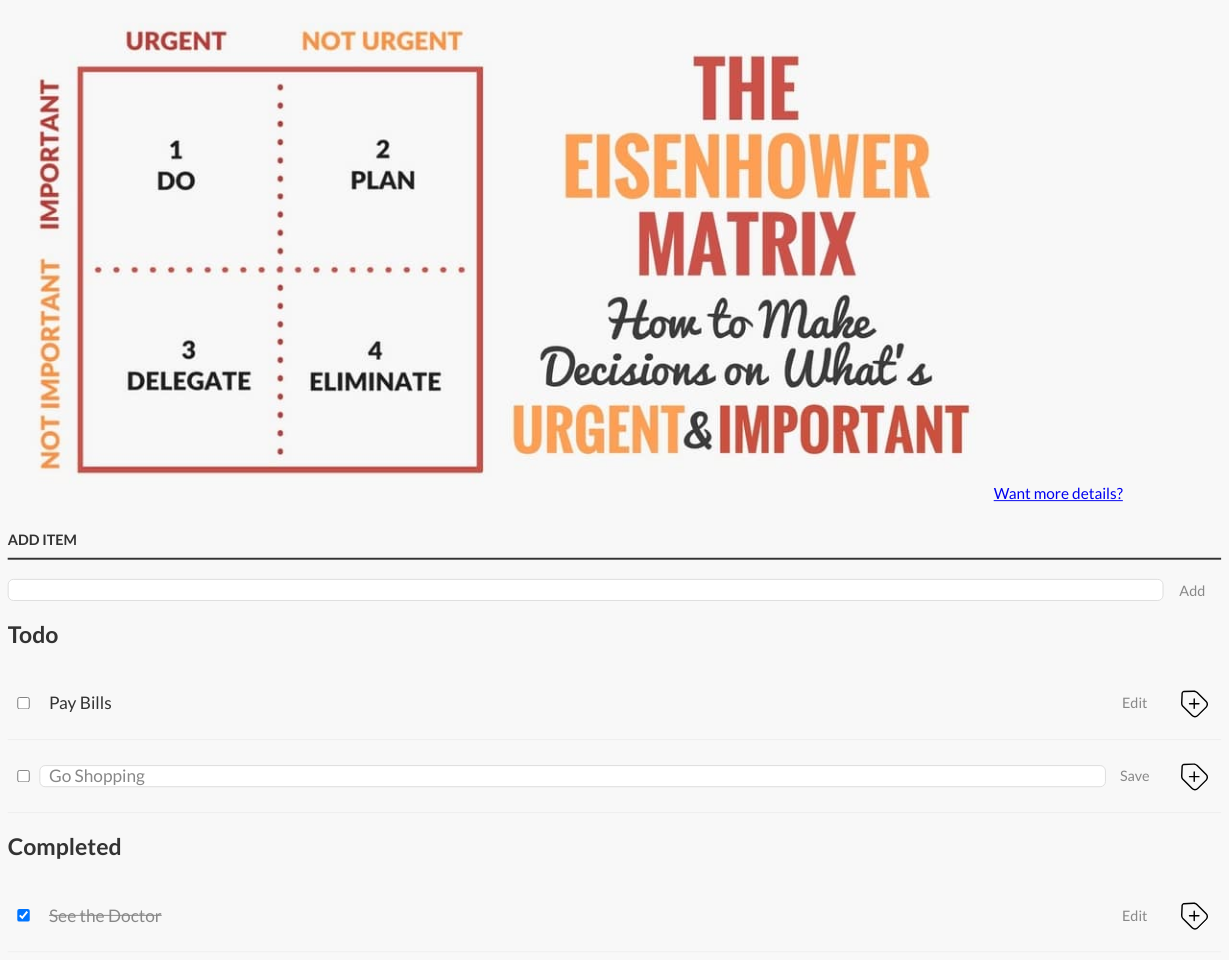
Repository: dev1siWoo/clean-code-s1e1
Page: index.html
An editor plug-in stored every save of this project. The page is shown before and after a run of saves, followed by the edit.
The browser window is 1280 px wide. The pictures show the whole page, at 96% of full size.

Above is the page before, as saved 2024-01-08 22:41:16.

### index.html
<!DOCTYPE html>
<html>
    <head>
        <title>Todo App</title>
        <link
            href="https://fonts.googleapis.com/css?family=Lato:300,400,700"
            rel="stylesheet"
        >
        <link
            rel="stylesheet"
            href="style.css"
            media="screen"
            charset="utf-8"
        >
    </head>
    <body>
        <header class="header">
            <img src="./eisenhower-matrix.jpg" alt="eisenhower-matrix">
            <a class="link" href="https://goal-life.com/page/method/matrix-eisenhower">Want more details?</a>
        </header>
        <main class="main-page">
            <section id="section-for-adding-element-to-list">
                <label for="new-task">Add Item</label>
                <div class="task-row-wrapper">
                    <input id="new-task"class="task" type="text">
                    <button>Add</button>
                </div>
            </section>
            <h2>Todo</h2>
            <ul id="incomplete-tasks">
                <li>
                    <input type="checkbox">
                    <label class="task">Pay Bills</label>
                    <input type="text" class="task">
                    <button class="edit">Edit</button>
                    <button class="delete">
                        <img src="./remove.svg" alt="delete button">
                    </button>
                </li>
                <li class="edit-mode">
                    <input type="checkbox">
                    <label class="task">Go Shopping</label>
                    <input type="text" value="Go Shopping" class="task">
                    <button class="edit">Save</button>
                    <button class="delete">
                        <img src="./remove.svg" alt="delete button">
                    </button>
                </li>
            </ul>
            <h2>Completed</h2>
            <ul id="completed-tasks">
                <li>
                    <input type="checkbox" checked>
                    <label class="task">See the Doctor</label>
                    <input type="text" class="task">
                    <button class="edit">Edit</button>
                    <button class="delete">
                        <img src="./remove.svg" alt="delete button">
                    </button>
                </li>
            </ul>
        </main>
        <script src="app.js"></script>
    </body>
</html>

### style.css
/* Basic Style */
body {
  background-color: #f8f8f8;
  color: #333;
  font-family: Lato, sans-serif;
}
.aaa {
  width: 500px;
  margin: 0 auto;
  display: block;
  text-align: right;
}
.aaa img {
  width: 100%;
}
.aaa .more-inf {
  font-family: fantasy, cursive;
}

@media (max-width: 768px) {
  .aaa {
    text-align: center;
  }
}
.centered-main-page-element {
  display: block;
  width: 500px;
  margin: 0 auto 0;
}
.task {
  width: 56%;
  display: inline-block;
  flex-grow: 1;
}
.task-row-wrapper {
  display: flex;
}
ul {
  margin: 0;
  padding: 0px;
}
li,
h3 {
  list-style: none;
}
input,
button{
  outline: none;
}
button {
  background: none;
  border: 0px;
  color: #888;
  font-size: 15px;
  width: 60px;
  font-family: Lato, sans-serif;
  cursor: pointer;
}
button:hover {
  color: #3a3a3a;
}
/* Heading */
h3,
label[for='new-task'] {
  color: #333;
  font-weight: 700;
  font-size: 15px;
  border-bottom: 2px solid #333;
  padding: 30px 0 10px;
  margin: 0;
  text-transform: uppercase;
}
input[type="text"] {
  margin: 0;
  font-size: 18px;
  line-height: 18px;
  height: 21px;
  padding: 0 9px;
  border: 1px solid #ddd;
  background: #fff;
  border-radius: 6px;
  font-family: Lato, sans-serif;
  color: #888;
}
input[type="text"]:focus {
  color: #333;
}

/* New Task */
label[for="new-task"] {
  display: block;
  margin: 0 0 20px;
}
input#new-task {
  width: 318px;
}

/* Task list */
li {
  overflow: hidden;
  padding: 20px 0;
  border-bottom: 1px solid #eee;
  display: flex;
  justify-content: space-between;
  align-items: center;
}
li > * {
  vertical-align: middle;
}

li > input[type="checkbox"] {
  margin: 0 10px;
}
li > label {
  padding-left: 10px;
  box-sizing: border-box;
  font-size: 18px;
  width: 226px;
}
li >    input[type="text"] {
  width: 226px;
}
button.delete img {
  height: 2em;
  transform: rotateZ(45deg);
  transition: transform 200ms ease-in;
}
button.delete img:hover {
  transform: rotateZ(0);
}

/* Completed */
ul#completed-tasks label {
  text-decoration: line-through;
  color: #888;
}

/* Edit Task */
ul li input[type="text"] {
  display: none;
}

ul li.edit-mode input[type="text"] {
  display: inline-block;
  width: 224px;
}

ul li.edit-mode label {
  display: none;
}

### app.js
//Document is the DOM can be accessed in the console with document.window.
// Tree is from the top, html, body, p etc.

//Problem: User interaction does not provide the correct results.
//Solution: Add interactivity so the user can manage daily tasks.
//Break things down into smaller steps and take each step at a time.


// Event handling, user interaction is what starts the code execution.

var taskInput=document.getElementById("new-task");//Add a new task.
var addButton=document.getElementsByTagName("button")[0];//first button
var incompleteTaskHolder=document.getElementById("incomplete-tasks");//ul of #incomplete-tasks
var completedTasksHolder=document.getElementById("completed-tasks");//completed-tasks


//New task list item
var createNewTaskElement=function(taskString){

    var listItem=document.createElement("li");

    //input (checkbox)
    var checkBox=document.createElement("input");//checkbx
    //label
    var label=document.createElement("label");//label
    //input (text)
    var editInput=document.createElement("input");//text
    //button.edit
    var editButton=document.createElement("button");//edit button

    //button.delete
    var deleteButton=document.createElement("button");//delete button
    var deleteButtonImg=document.createElement("img");//delete button image

    label.innerText=taskString;
    label.className='task';

    //Each elements, needs appending
    checkBox.type="checkbox";
    editInput.type="text";
    editInput.className="task";

    editButton.innerText="Edit"; //innerText encodes special characters, HTML does not.
    editButton.className="edit";

    deleteButton.className="delete";
    deleteButtonImg.src='./remove.svg';
    deleteButtonImg.setAttribute('alt', 'delete button');
    deleteButton.appendChild(deleteButtonImg);


    //and appending.
    listItem.appendChild(checkBox);
    listItem.appendChild(label);
    listItem.appendChild(editInput);
    listItem.appendChild(editButton);
    listItem.appendChild(deleteButton);
    return listItem;
}



var addTask=function(){
    console.log("Add Task...");
    //Create a new list item with the text from the #new-task:
    if (!taskInput.value) return;
    var listItem=createNewTaskElement(taskInput.value);

    //Append listItem to incompleteTaskHolder
    incompleteTaskHolder.appendChild(listItem);
    bindTaskEvents(listItem, taskCompleted);

    taskInput.value="";

}

//Edit an existing task.

var editTask=function(){
    console.log("Edit Task...");
    console.log("Change 'edit' to 'save'");


    var listItem=this.parentNode;

    var editInput=listItem.querySelector('input[type=text]');
    var label=listItem.querySelector("label");
    var editBtn=listItem.querySelector(".edit");
    var containsClass=listItem.classList.contains("edit-mode");
    //If class of the parent is .edit-mode
    if(containsClass){

        //switch to .edit-mode
        //label becomes the inputs value.
        label.innerText=editInput.value;
        editBtn.innerText="Edit";
    }else{
        editInput.value=label.innerText;
        editBtn.innerText="Save";
    }

    //toggle .edit-mode on the parent.
    listItem.classList.toggle("edit-mode");
};


//Delete task.
var deleteTask=function(){
    console.log("Delete Task...");

    var listItem=this.parentNode;
    var ul=listItem.parentNode;
    //Remove the parent list item from the ul.
    ul.removeChild(listItem);

}


//Mark task completed
var taskCompleted=function(){
    console.log("Complete Task...");

    //Append the task list item to the #completed-tasks
    var listItem=this.parentNode;
    completedTasksHolder.appendChild(listItem);
    bindTaskEvents(listItem, taskIncomplete);

}


var taskIncomplete=function(){
    console.log("Incomplete Task...");
//Mark task as incomplete.
    //When the checkbox is unchecked
    //Append the task list item to the #incomplete-tasks.
    var listItem=this.parentNode;
    incompleteTaskHolder.appendChild(listItem);
    bindTaskEvents(listItem,taskCompleted);
}



var ajaxRequest=function(){
    console.log("AJAX Request");
}

//The glue to hold it all together.


//Set the click handler to the addTask function.
addButton.onclick=addTask;
addButton.addEventListener("click",addTask);
addButton.addEventListener("click",ajaxRequest);


var bindTaskEvents=function(taskListItem,checkBoxEventHandler){
    console.log("bind list item events");
//select ListItems children
    var checkBox=taskListItem.querySelector("input[type=checkbox]");
    var editButton=taskListItem.querySelector("button.edit");
    var deleteButton=taskListItem.querySelector("button.delete");


    //Bind editTask to edit button.
    editButton.onclick=editTask;
    //Bind deleteTask to delete button.
    deleteButton.onclick=deleteTask;
    //Bind taskCompleted to checkBoxEventHandler.
    checkBox.onchange=checkBoxEventHandler;
}

//cycle over incompleteTaskHolder ul list items
//for each list item
for (var i=0; i<incompleteTaskHolder.children.length;i++){

    //bind events to list items chldren(tasksCompleted)
    bindTaskEvents(incompleteTaskHolder.children[i],taskCompleted);
}




//cycle over completedTasksHolder ul list items
for (var i=0; i<completedTasksHolder.children.length;i++){
    //bind events to list items chldren(tasksIncompleted)
    bindTaskEvents(completedTasksHolder.children[i],taskIncomplete);
}




// Issues with usability don't get seen until they are in front of a human tester.

//prevent creation of empty tasks.

//Change edit to save when you are in edit mode.

After the next 3 saves:
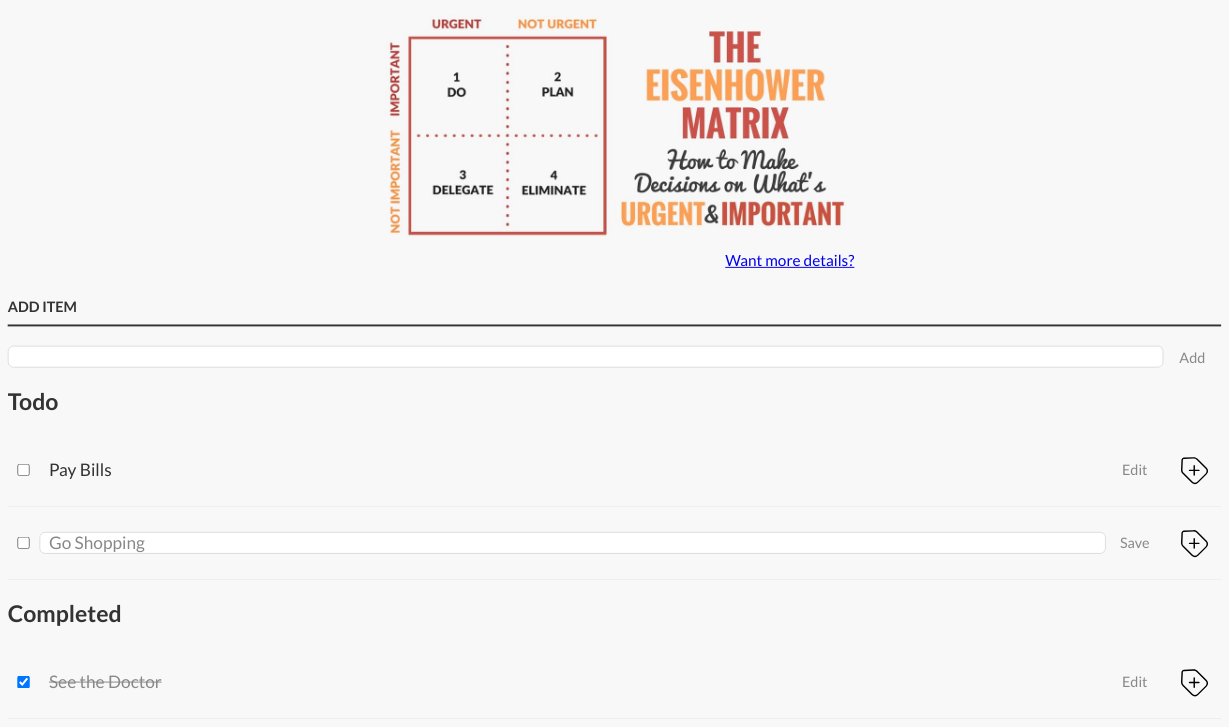
The 3 saves are shown as one change because they came seconds apart.
The last was saved 24 s later.
--- a/style.css
+++ b/style.css
@@ -4,16 +4,16 @@
   color: #333;
   font-family: Lato, sans-serif;
 }
-.aaa {
+.header {
   width: 500px;
   margin: 0 auto;
   display: block;
   text-align: right;
 }
-.aaa img {
+.header img {
   width: 100%;
 }
-.aaa .more-inf {
+.header .more-inf {
   font-family: fantasy, cursive;
 }
 
